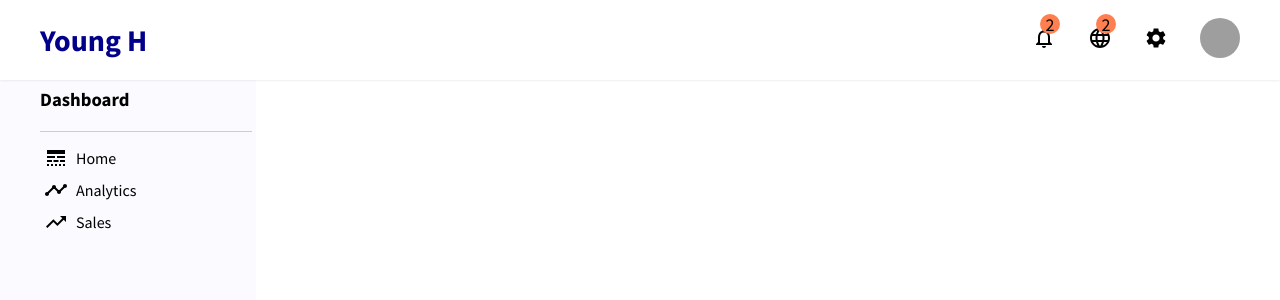
Repository: noname20011/admin
Page: /
The author's editor kept a copy of each file at every save. The page is drawn from the files as they stood at one save, then again after the next save.
The browser window is 1280 px wide. The pictures show the whole page.
Pictures or frames that could not be fetched are drawn as grey boxes. The project was rebuilt for these pictures with package versions that can differ from the ones it lists, and the page was loaded fresh each time.

Above is the page before, as saved 2021-11-13 09:50:52.

After the next save:
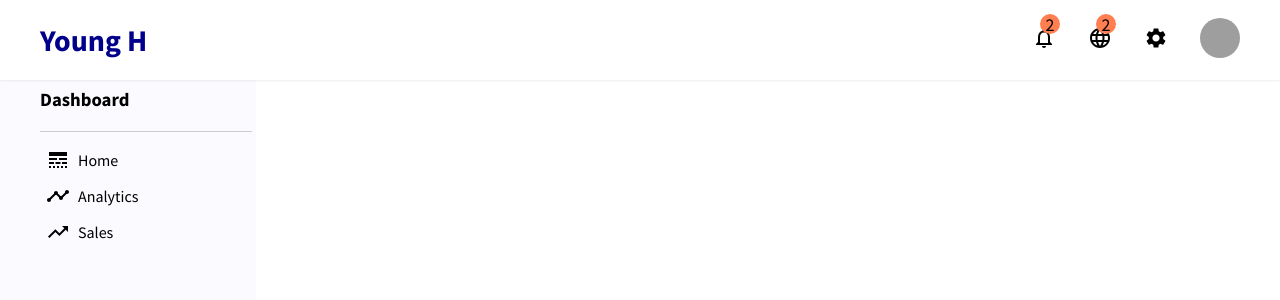
Saved 17 s later.
--- a/src/comopnents/sidebar/sidebar.css
+++ b/src/comopnents/sidebar/sidebar.css
@@ -20,6 +20,6 @@
     display: flex;
     align-items: center;
     column-gap: .5rem;
-    padding: 4px;
-
+    padding: 6px;
+    cursor: pointer;
 }
